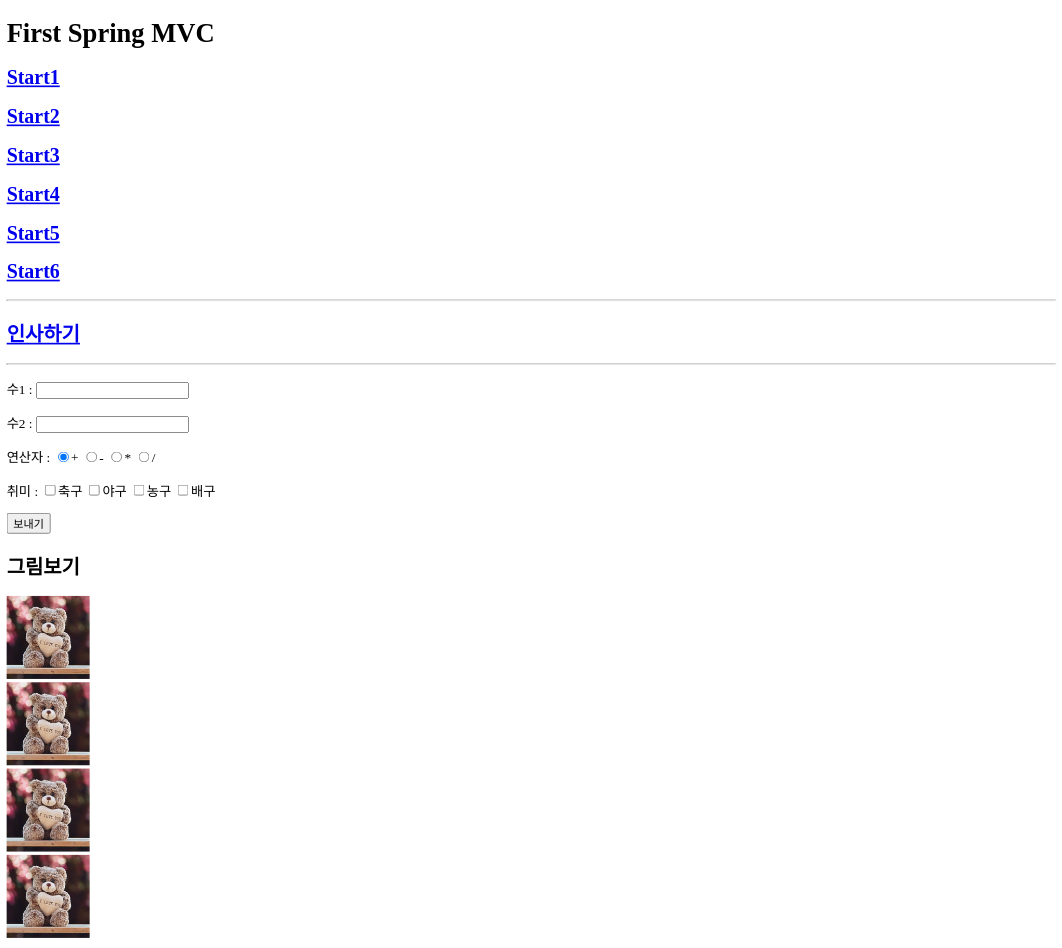
Repository: Developer120000/spring_mvc_study
Page: http://localhost/spring_mvc02/
An editor plug-in stored every save of this project. The page is shown before and after the next save, followed by the edit.
The browser window is 1280 px wide. The pictures show the whole page, at 83% of full size.
The page is served by Tomcat 9. Other server files are loaded and not shown.

Above is the page before, as saved 2024-03-20 00:51:33.

### spring_mvc02/src/main/webapp/WEB-INF/views/index.jsp
<%@ page language="java" contentType="text/html; charset=UTF-8"
    pageEncoding="UTF-8"%>
<%@ taglib prefix="c" uri="http://java.sun.com/jsp/jstl/core" %>
<!DOCTYPE html>
<html>
<head>
<meta charset="UTF-8">
<title>Insert title here</title>
</head>
<body>
	<h1>First Spring MVC</h1>
	<!-- 확장자가 .do 이름 이므로 web.xml 에서 지정한 servlet-context.xml (DispatcherServlet) 으로 간다 -->
	<h2><a href="start1.do">Start1</a></h2>
	<h2><a href="start2.do">Start2</a></h2>
	<h2><a href="start3.do">Start3</a></h2>
	<h2><a href="start4.do">Start4</a></h2>
	<h2><a href="start5.do">Start5</a></h2>
	<h2><a href="start6.do">Start6</a></h2>
	<hr>

	<h2><a href="hello.do">인사하기</a></h2>
	<hr>
	<form action="calc.do" method="post">
		<p>수1 : <input type="number" size="15" name="s1" required></p>
		<p>수2 : <input type="number" size="15" name="s2" required></p>
		<p>연산자 :
			<input type="radio" name="op" value="+" checked>+
			<input type="radio" name="op" value="-">-
			<input type="radio" name="op" value="*">*
			<input type="radio" name="op" value="/">/
		</p>
		<p>취미 :
			<input type="checkbox" name="hobby" value="축구">축구
			<input type="checkbox" name="hobby" value="야구">야구
			<input type="checkbox" name="hobby" value="농구">농구
			<input type="checkbox" name="hobby" value="배구">배구
		</p>
		<input type="hidden" name="cPage" value="2">
		<input type="submit" value="보내기">
	</form>
	<h2>그림보기</h2>
	<img src="/resources/images/bear.jpg" style="width: 100px;"><br>
	<img src="resources/images/bear.jpg" style="width: 100px;"><br>
	<img src='<c:url value="/resources/images/bear.jpg" />' style="width: 100px;"><br>
	<img src='<c:url value="/resources/images/bear.jpg" />' style="width: 100px;"><br>

</body>
</html>

After the next save:
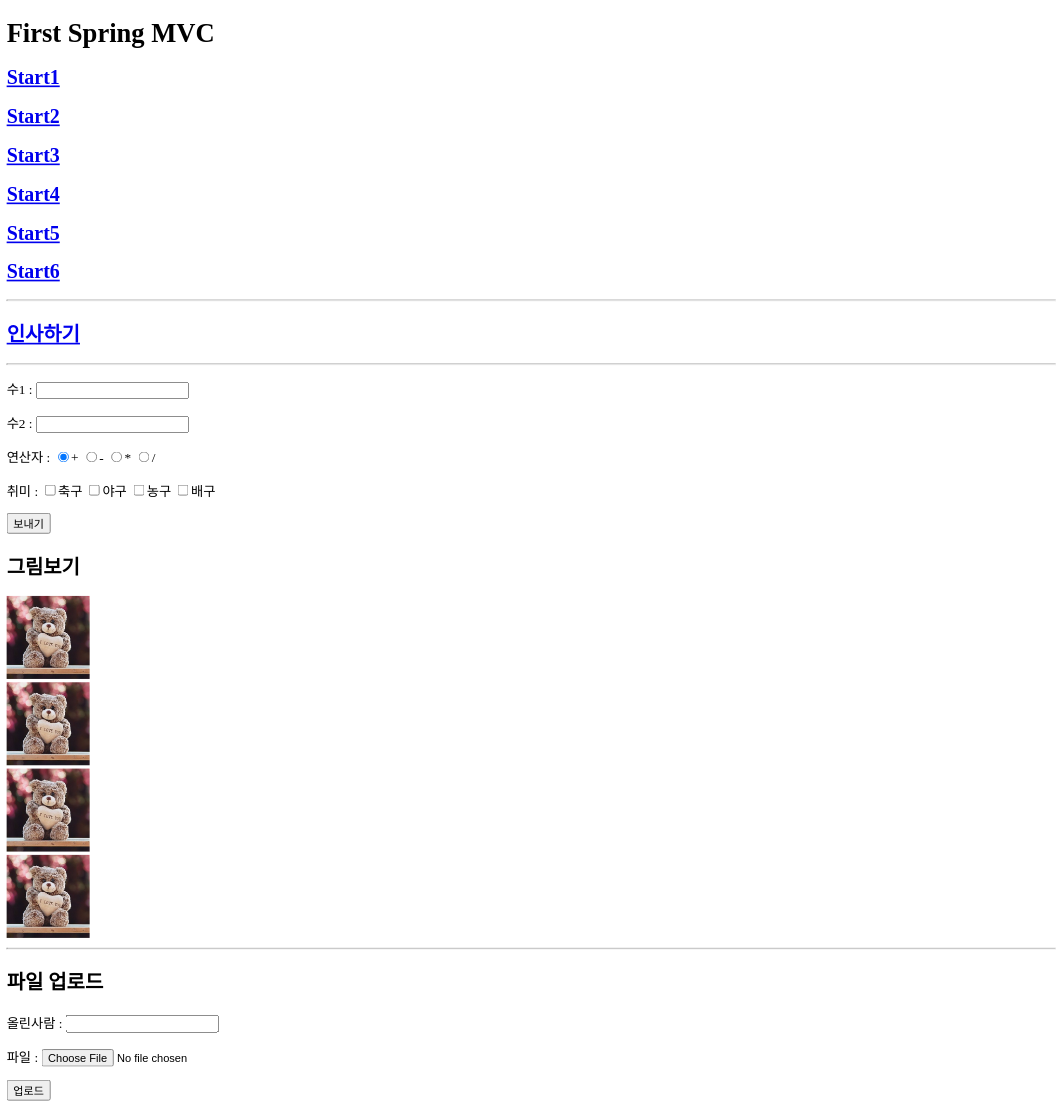
Saved 2 min 45 s later.
--- a/spring_mvc02/src/main/webapp/WEB-INF/views/index.jsp
+++ b/spring_mvc02/src/main/webapp/WEB-INF/views/index.jsp
@@ -43,6 +43,12 @@
 	<img src="resources/images/bear.jpg" style="width: 100px;"><br>
 	<img src='<c:url value="/resources/images/bear.jpg" />' style="width: 100px;"><br>
 	<img src='<c:url value="/resources/images/bear.jpg" />' style="width: 100px;"><br>
-
+	<hr>
+	<h2>파일 업로드</h2>
+	<form action="f_up.do" method="post" enctype="multipart/form-data">
+		<p>올린사람 : <input type="text" name="name"></p>
+		<p>파일 : <input type="file" name="f_name"></p>
+		<p><input type="submit" value="업로드">
+	</form>
 </body>
 </html>
